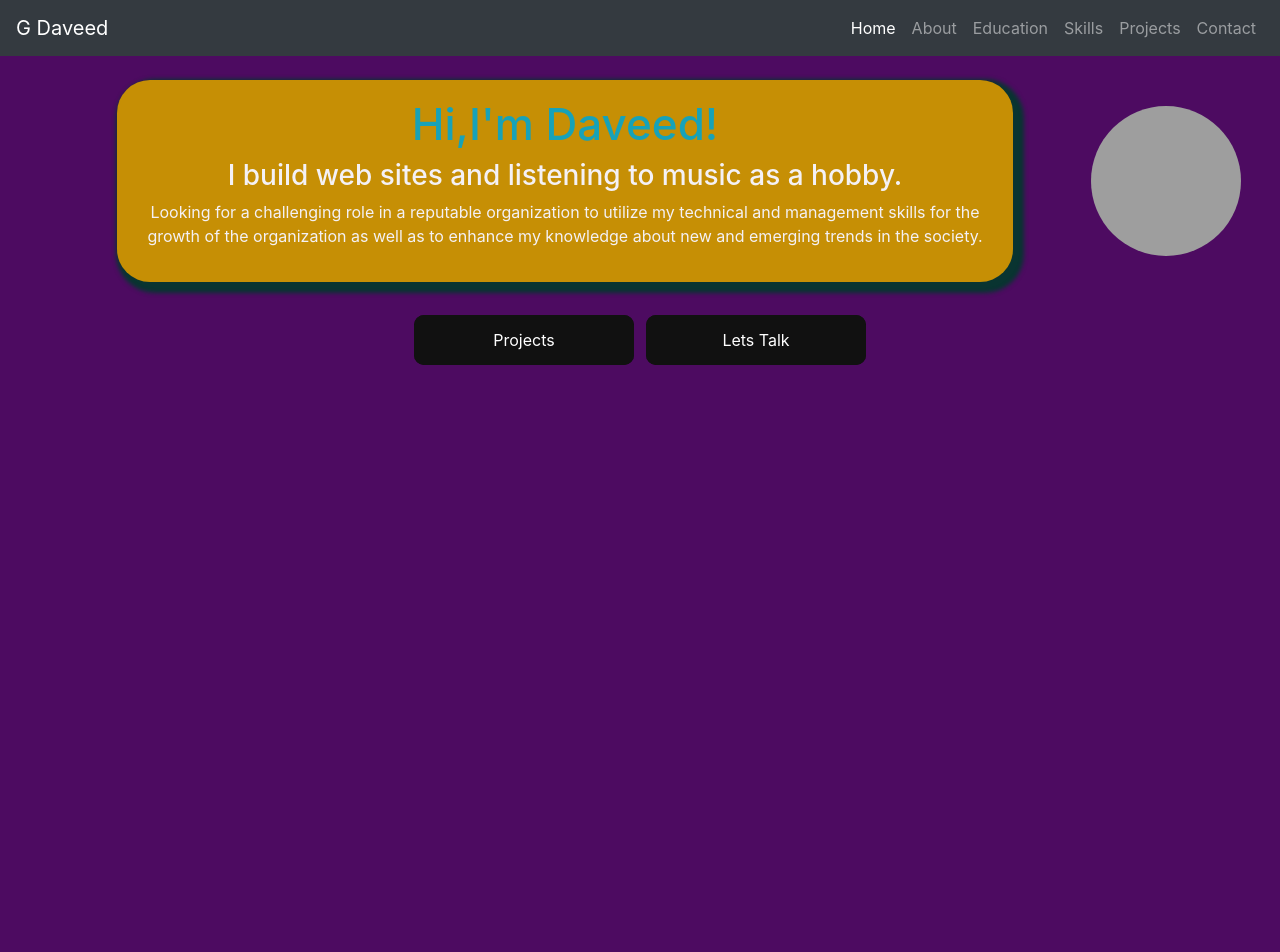
Repository: DaveedGangi/DaveedWebsite
Page: one.html
An editor plug-in stored every save of this project. The page is shown before and after the next save, followed by the edit.
The browser window is 1280 px wide. The pictures show the part of the page from y = 0 to 952 px (the page is 1784 px tall before and 1728 px after).
Pictures or frames that could not be fetched are drawn as grey boxes. A picture or video elsewhere on the page could not be fetched, so the positions and the page height are approximate.

Above is the page before, as saved 2023-10-23 14:30:23.

After the next save:
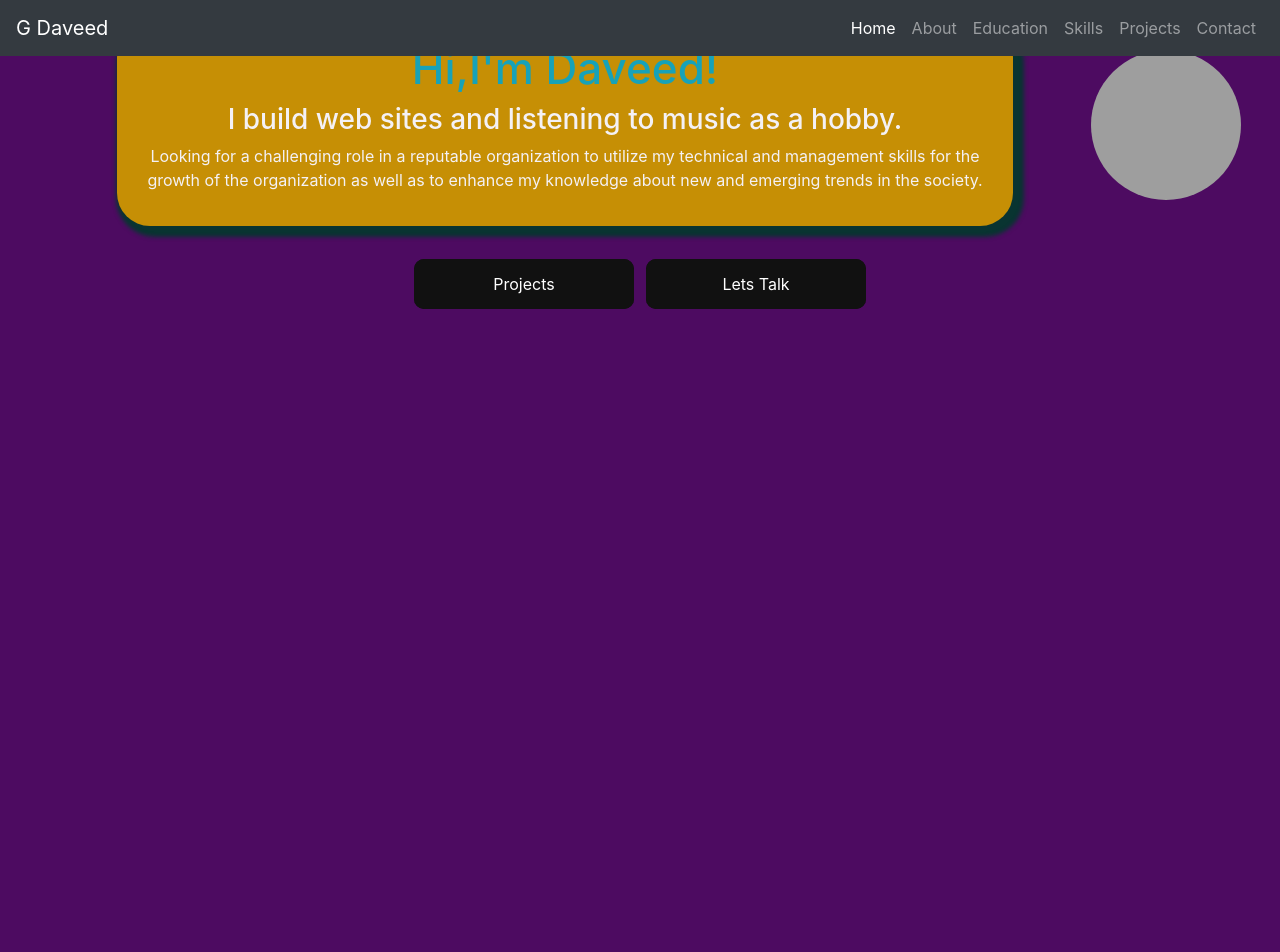
Saved 9 min 16 s later.
--- a/one.html
+++ b/one.html
@@ -11,7 +11,7 @@
 
 <body>
 <div id="sectionHome">
-    <nav class="navbar navbar-expand-lg navbar-dark bg-dark">
+    <nav class="navbar navbar-expand-lg navbar-dark bg-dark fixed-top">
         <a class="navbar-brand" href="#">G Daveed</a>
         <button class="navbar-toggler" type="button" data-toggle="collapse" data-target="#navbarNavAltMarkup" aria-controls="navbarNavAltMarkup" aria-expanded="false" aria-label="Toggle navigation">
           <span class="navbar-toggler-icon"></span>
